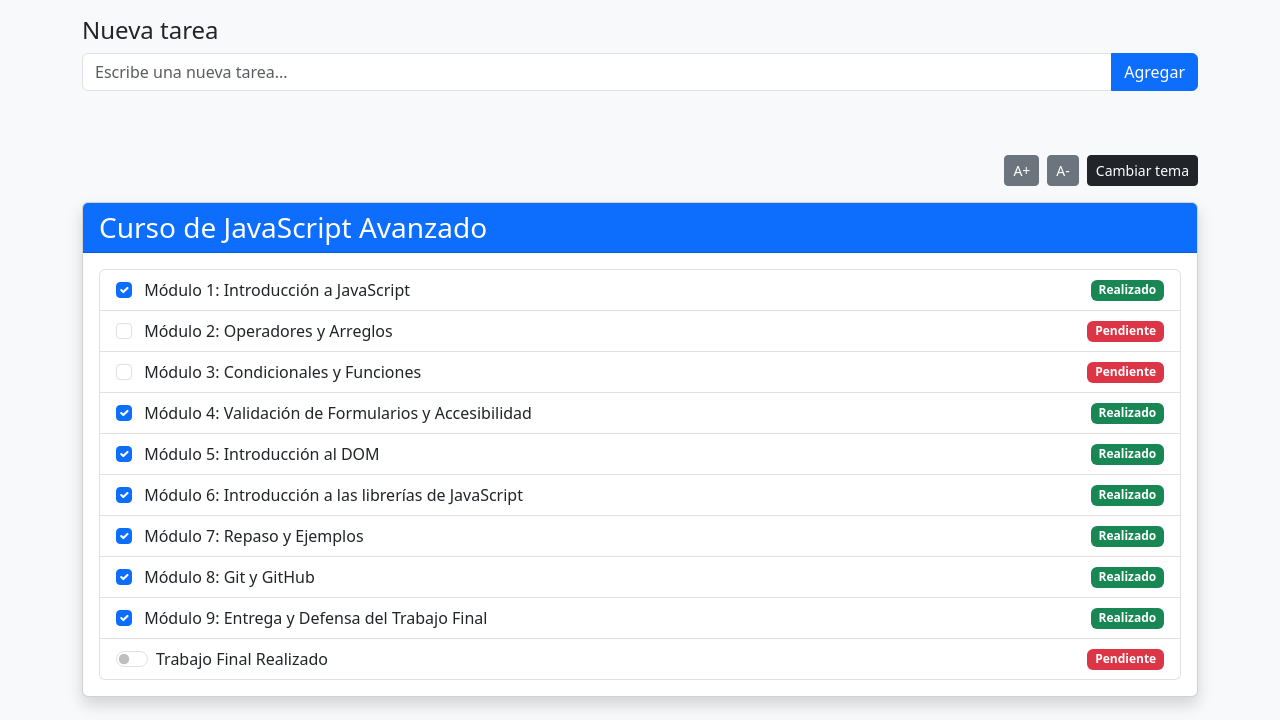
Repository: damyzacarias-web/Checklist
Page: tpfinal.html
An editor plug-in stored every save of this project. The page is shown before and after the next save, followed by the edit.
The browser window is 1280 px wide. The pictures show the whole page.

Above is the page before, as saved 2026-07-03 09:44:46.

After the next save:
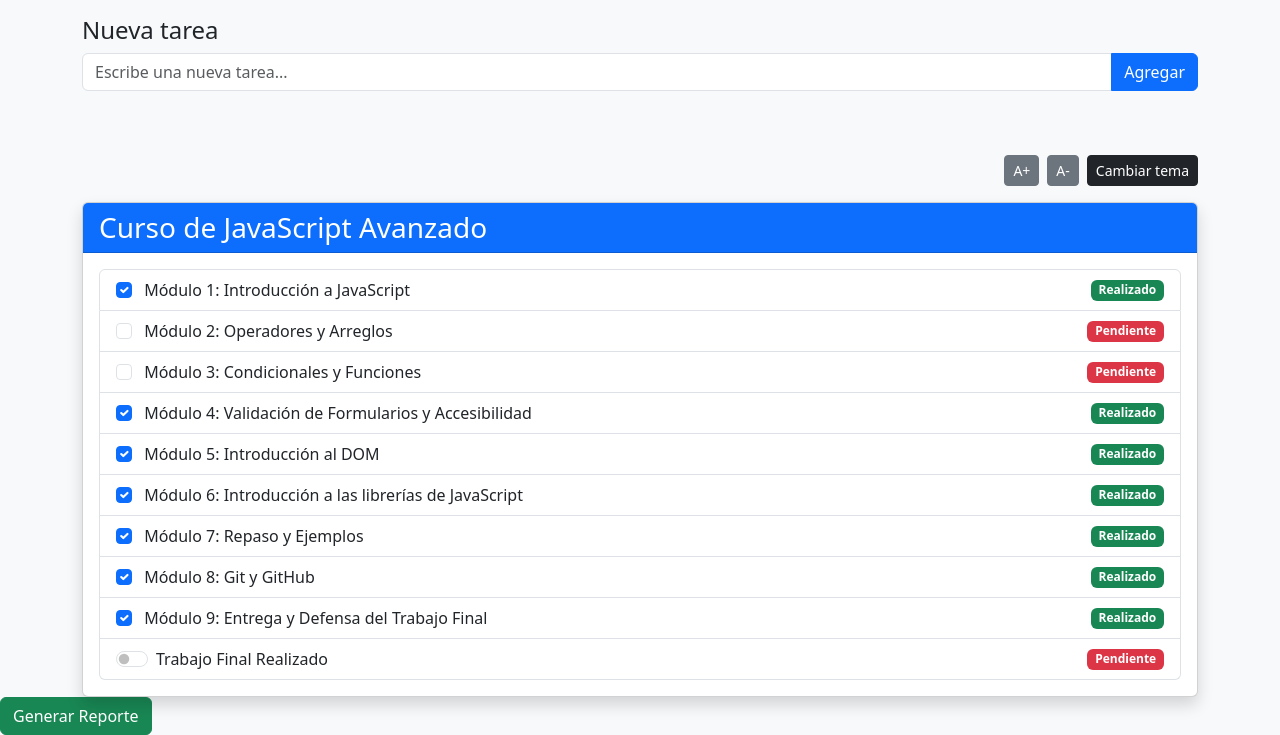
Saved 72 min 37 s later.
--- a/tpfinal.html
+++ b/tpfinal.html
@@ -123,6 +123,10 @@
     </div>
 </div>
 
+<button id="btnReporte" class="btn btn-success">
+    Generar Reporte
+</button>
+
 <script src="https://cdn.jsdelivr.net/npm/bootstrap@5.3.3/dist/js/bootstrap.bundle.min.js"></script>
 
 <script src="script.js"></script>
